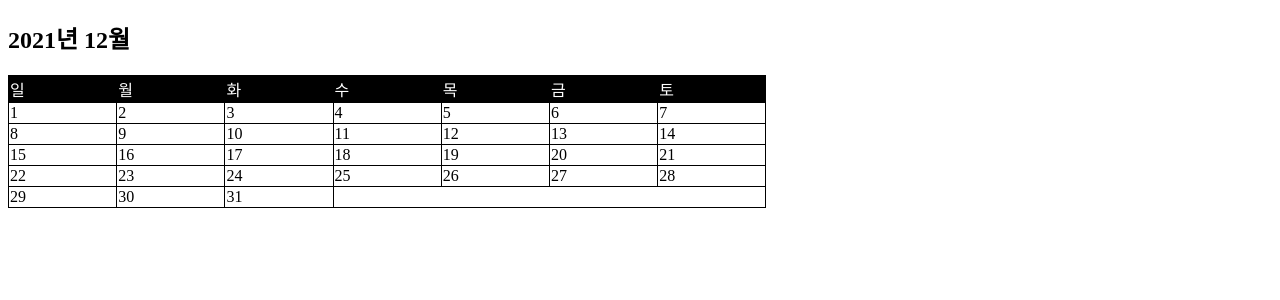
Repository: MegiLove/jspStudy
Page: http://localhost/day1210/calendarTest.jsp
These files come from the project's save history. The page is drawn as it stood at one moment and after the next save; the edit follows.
The browser window is 1280 px wide. The pictures show the whole page.
The page is served by Tomcat 9.

Above is the page before, as saved 2021-12-10 06:05:45.

After the next save:
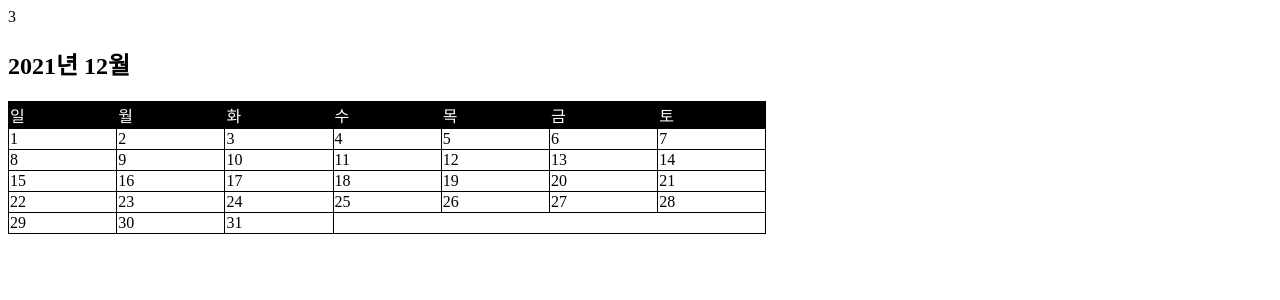
Saved 11 min 0 s later.
--- a/day1210/src/main/webapp/calendarTest.jsp
+++ b/day1210/src/main/webapp/calendarTest.jsp
@@ -28,8 +28,11 @@
 		Date today= new Date();
 		int year= today.getYear();
 		int month= today.getMonth();
-		int yoil= today.getDay();
+		Date startDate = new Date(year,month,1);
+
+		int startDay = startDate.getDay();
 	%>
+	<%=startDay %>
 	<h2><%=year+1900%>년 <%=month+1 %>월</h2>
 
 	<table>
@@ -54,6 +57,13 @@
 				<%
 			}
 		}
+
+	for(int i=1; i<=startDay; i++) {
+		%>
+
+		<%
+
+	}
 	%>
 	</tr>
 	</table>
